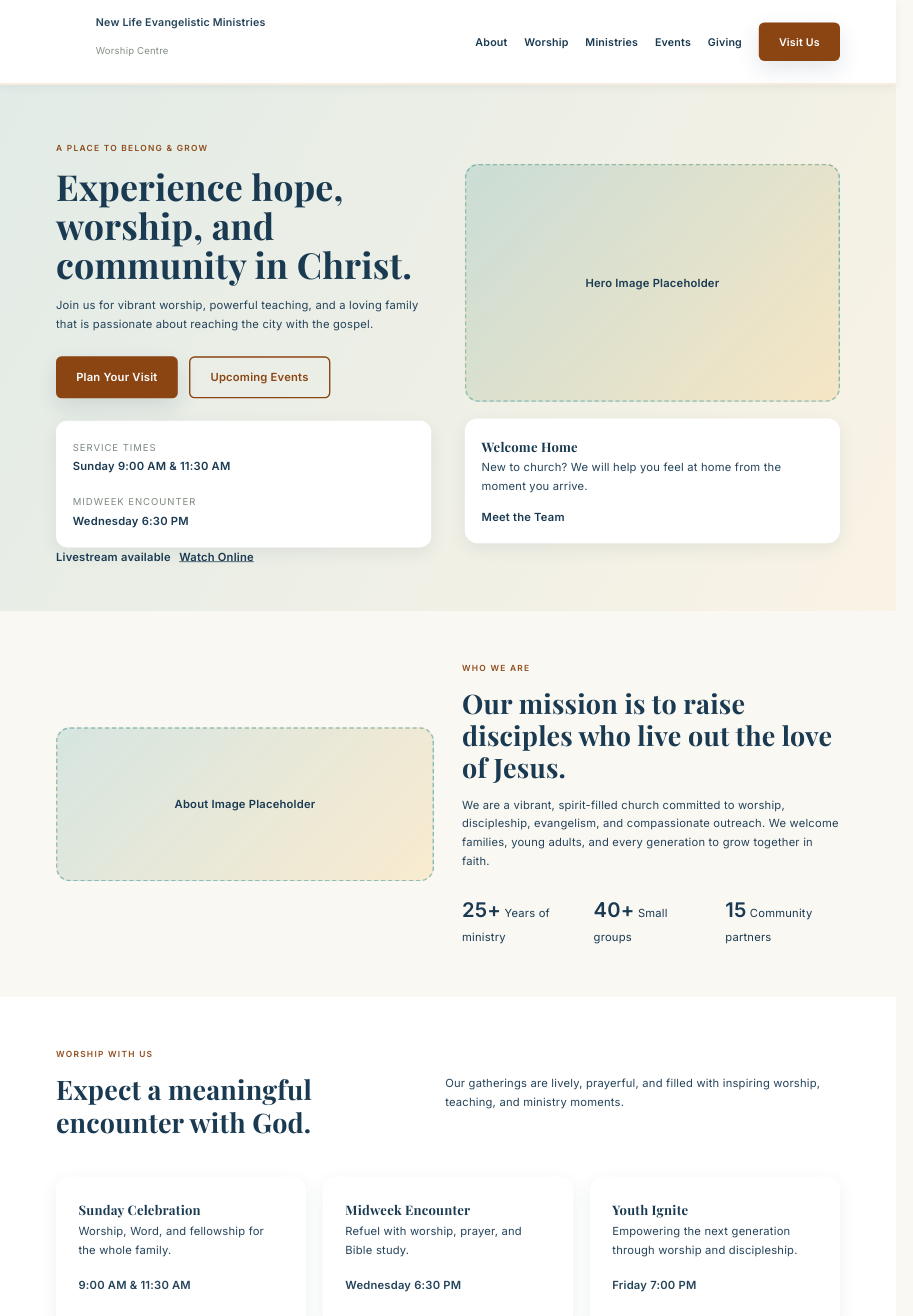
Repository: bilaal441/church
Page: index.htm
The author's editor kept a copy of each file at every save. The page is drawn from the files as they stood at one save, then again after the next save.
The browser window is 1280 px wide. The page is 1304 px wide, so the pictures cover 1304 px, including what lies to the right of the window. The pictures show the part of the page from y = 0 to 1880 px (the page is 5620 px tall), at 70% of full size.

Above is the page before, as saved 2026-01-19 22:09:43.

### index.htm
<!doctype html>
<html lang="en">
  <head>
    <meta charset="UTF-8" />
    <meta name="viewport" content="width=device-width, initial-scale=1.0" />
    <title>New Life Evangelistic Ministries Worship Centre</title>
    <meta
      name="description"
      content="A welcoming, Spirit-filled church family in Springfield. Join us for worship, discipleship, and community outreach."
    />
    <link rel="stylesheet" href="style.css" />
    <link rel="preconnect" href="https://fonts.googleapis.com" />
    <link rel="preconnect" href="https://fonts.gstatic.com" crossorigin />
    <link
      href="https://fonts.googleapis.com/css2?family=Playfair+Display:wght@400;600;700&family=Inter:wght@400;500;600&display=swap"
      rel="stylesheet"
    />
  </head>
  <body>
    <a class="skip-link" href="#main">Skip to main content</a>
    <header class="site-header">
      <div class="container header-content">
        <div class="logo">
          <span class="logo-mark">NLE</span>
          <div>
            <p class="logo-title">New Life Evangelistic Ministries</p>
            <p class="logo-subtitle">Worship Centre</p>
          </div>
        </div>
        <button
          class="nav-toggle"
          aria-expanded="false"
          aria-controls="site-nav"
        >
          <span></span>
          <span></span>
          <span></span>
        </button>
        <nav id="site-nav" class="site-nav">
          <a href="#about">About</a>
          <a href="#worship">Worship</a>
          <a href="#ministries">Ministries</a>
          <a href="#events">Events</a>
          <a href="#giving">Giving</a>
          <a href="#contact" class="button">Visit Us</a>
        </nav>
      </div>
    </header>

    <main id="main">
      <section class="hero">
        <div class="container hero-grid">
          <div class="hero-text">
            <p class="eyebrow">A Place to Belong &amp; Grow</p>
            <h1>Experience hope, worship, and community in Christ.</h1>
            <p>
              Join us for vibrant worship, powerful teaching, and a loving
              family that is passionate about reaching the city with the gospel.
            </p>
            <div class="hero-actions">
              <a class="button" href="#worship">Plan Your Visit</a>
              <a class="button button-outline" href="#events"
                >Upcoming Events</a
              >
            </div>
            <div class="hero-details">
              <div>
                <span>Service Times</span>
                <strong>Sunday 9:00 AM &amp; 11:30 AM</strong>
              </div>
              <div>
                <span>Midweek Encounter</span>
                <strong>Wednesday 6:30 PM</strong>
              </div>
            </div>
            <div class="hero-note">
              <span>Livestream available</span>
              <a href="#contact">Watch Online</a>
            </div>
          </div>
          <div class="hero-visual">
            <div class="image-placeholder large">Hero Image Placeholder</div>
            <div class="hero-card">
              <h3>Welcome Home</h3>
              <p>
                New to church? We will help you feel at home from the moment you
                arrive.
              </p>
              <a href="#contact">Meet the Team</a>
            </div>
          </div>
        </div>
      </section>

      <section id="about" class="section">
        <div class="container split">
          <div class="image-placeholder">About Image Placeholder</div>
          <div>
            <p class="eyebrow">Who We Are</p>
            <h2>
              Our mission is to raise disciples who live out the love of Jesus.
            </h2>
            <p>
              We are a vibrant, spirit-filled church committed to worship,
              discipleship, evangelism, and compassionate outreach. We welcome
              families, young adults, and every generation to grow together in
              faith.
            </p>
            <div class="stats">
              <div>
                <strong>25+</strong>
                <span>Years of ministry</span>
              </div>
              <div>
                <strong>40+</strong>
                <span>Small groups</span>
              </div>
              <div>
                <strong>15</strong>
                <span>Community partners</span>
              </div>
            </div>
          </div>
        </div>
      </section>

      <section id="worship" class="section section-alt">
        <div class="container">
          <div class="section-header">
            <div>
              <p class="eyebrow">Worship With Us</p>
              <h2>Expect a meaningful encounter with God.</h2>
            </div>
            <p>
              Our gatherings are lively, prayerful, and filled with inspiring
              worship, teaching, and ministry moments.
            </p>
          </div>
          <div class="cards">
            <article class="card">
              <h3>Sunday Celebration</h3>
              <p>Worship, Word, and fellowship for the whole family.</p>
              <p class="card-meta">9:00 AM &amp; 11:30 AM</p>
            </article>
            <article class="card">
              <h3>Midweek Encounter</h3>
              <p>Refuel with worship, prayer, and Bible study.</p>
              <p class="card-meta">Wednesday 6:30 PM</p>
            </article>
            <article class="card">
              <h3>Youth Ignite</h3>
              <p>
                Empowering the next generation through worship and discipleship.
              </p>
              <p class="card-meta">Friday 7:00 PM</p>
            </article>
          </div>
          <div class="worship-highlight">
            <div>
              <h3>What to Expect</h3>
              <p>
                Friendly hosts, engaging worship, a clear message, and spaces
                for kids and youth to connect safely.
              </p>
            </div>
            <div>
              <h3>Parking &amp; Accessibility</h3>
              <p>
                Guest parking is available at the main entrance. Our building is
                fully accessible with ramps and elevators.
              </p>
            </div>
          </div>
        </div>
      </section>

      <section id="ministries" class="section">
        <div class="container">
          <div class="section-header">
            <div>
              <p class="eyebrow">Ministries</p>
              <h2>Every generation has a place to serve and grow.</h2>
            </div>
            <a class="button button-outline" href="#contact">Get Connected</a>
          </div>
          <div class="ministry-grid">
            <div class="ministry-card">
              <div class="image-placeholder">Kids Ministry</div>
              <h3>Kids Life</h3>
              <p>Fun, safe, and faith-building experiences for children.</p>
            </div>
            <div class="ministry-card">
              <div class="image-placeholder">Youth Ministry</div>
              <h3>NextGen</h3>
              <p>Mentoring and empowering teens to lead with conviction.</p>
            </div>
            <div class="ministry-card">
              <div class="image-placeholder">Women Ministry</div>
              <h3>Women of Grace</h3>
              <p>Gathering women to worship, serve, and build community.</p>
            </div>
            <div class="ministry-card">
              <div class="image-placeholder">Men Ministry</div>
              <h3>Men of Valor</h3>
              <p>Equipping men to live out their faith with courage.</p>
            </div>
            <div class="ministry-card">
              <div class="image-placeholder">Music Ministry</div>
              <h3>Creative Arts</h3>
              <p>
                Worship, media, and production teams creating meaningful
                moments.
              </p>
            </div>
            <div class="ministry-card">
              <div class="image-placeholder">Care Ministry</div>
              <h3>Care &amp; Outreach</h3>
              <p>
                Supporting families, counseling, and community care initiatives.
              </p>
            </div>
          </div>
        </div>
      </section>

      <section id="events" class="section section-alt">
        <div class="container">
          <div class="section-header">
            <div>
              <p class="eyebrow">Upcoming Events</p>
              <h2>There is always something happening at New Life.</h2>
            </div>
            <a class="button" href="#giving">Support the Mission</a>
          </div>
          <div class="event-list">
            <article>
              <span class="event-date">Mar 21</span>
              <div>
                <h3>Citywide Prayer Night</h3>
                <p>
                  Join churches across the city for a night of prayer and
                  worship.
                </p>
              </div>
              <a href="#contact">Learn More</a>
            </article>
            <article>
              <span class="event-date">Apr 05</span>
              <div>
                <h3>Community Outreach Day</h3>
                <p>Serve families with meals, clothing, and encouragement.</p>
              </div>
              <a href="#contact">Serve With Us</a>
            </article>
            <article>
              <span class="event-date">Apr 19</span>
              <div>
                <h3>Resurrection Celebration</h3>
                <p>
                  A joyful service with worship, testimonies, and family
                  activities.
                </p>
              </div>
              <a href="#contact">Plan Your Visit</a>
            </article>
          </div>
        </div>
      </section>

      <section id="giving" class="section">
        <div class="container giving">
          <div>
            <p class="eyebrow">Giving</p>
            <h2>Your generosity fuels life-changing ministry.</h2>
            <p>
              Every gift helps us reach more people with the gospel, support
              families in need, and raise leaders for the future.
            </p>
            <div class="giving-actions">
              <a class="button" href="#contact">Give Online</a>
              <a class="button button-outline" href="#contact">Volunteer</a>
            </div>
            <div class="giving-note">
              <strong>Need assistance?</strong>
              <span
                >We can help with giving, prayer requests, or support
                resources.</span
              >
            </div>
          </div>
          <div class="image-placeholder">Giving Image Placeholder</div>
        </div>
      </section>

      <section id="contact" class="section section-alt">
        <div class="container contact">
          <div>
            <p class="eyebrow">Visit Us</p>
            <h2>We would love to meet you this Sunday.</h2>
            <p>
              125 Hope Street, Springfield, ST 12345<br />
              (555) 123-4567 · hello@nlewc.org
            </p>
            <div class="contact-details">
              <div>
                <strong>Office Hours</strong>
                <span>Mon - Fri, 9 AM - 4 PM</span>
              </div>
              <div>
                <strong>Prayer Line</strong>
                <span>Available 24/7</span>
              </div>
              <div>
                <strong>Follow Us</strong>
                <span>Instagram · Facebook · YouTube</span>
              </div>
            </div>
          </div>
          <form class="contact-form">
            <h3>Plan a Visit</h3>
            <label>
              Full Name
              <input type="text" placeholder="Your name" />
            </label>
            <label>
              Email Address
              <input type="email" placeholder="you@example.com" />
            </label>
            <label>
              Message
              <textarea
                rows="4"
                placeholder="Tell us how we can help."
              ></textarea>
            </label>
            <button type="submit" class="button">Send Message</button>
          </form>
        </div>
      </section>
    </main>

    <footer class="site-footer">
      <div class="container footer-grid">
        <div>
          <div class="logo">
            <span class="logo-mark">NLE</span>
            <div>
              <p class="logo-title">New Life Evangelistic Ministries</p>
              <p class="logo-subtitle">Worship Centre</p>
            </div>
          </div>
          <p>
            Building lives, families, and communities through the love of Jesus.
          </p>
        </div>
        <div>
          <h4>Connect</h4>
          <ul>
            <li><a href="#about">About</a></li>
            <li><a href="#worship">Worship</a></li>
            <li><a href="#ministries">Ministries</a></li>
            <li><a href="#events">Events</a></li>
          </ul>
        </div>
        <div>
          <h4>Visit</h4>
          <ul>
            <li>125 Hope Street</li>
            <li>Springfield, ST 12345</li>
            <li>(555) 123-4567</li>
            <li>hello@nlewc.org</li>
          </ul>
        </div>
        <div>
          <h4>Stay Updated</h4>
          <p>Subscribe for prayer points and community updates.</p>
          <div class="subscribe">
            <input type="email" placeholder="Email address" />
            <button class="button">Subscribe</button>
          </div>
        </div>
      </div>
      <div class="footer-bottom">
        <p>
          © 2024 New Life Evangelistic Ministries Worship Centre. All rights
          reserved.
        </p>
      </div>
    </footer>

    <script src="script.js"></script>
  </body>
</html>

### style.css
:root {
  --navy: #1a3a52;
  --gold: #d4a574;
  --burgundy: #8b4513;
  --cream: #faf8f3;
  --sage: #6b8e7f;
  --muted: #7d8a7f;
  --white: #ffffff;
  --light-gold: #f5e6d3;
  --shadow: 0 8px 24px rgba(26, 58, 82, 0.08);
  --shadow-lg: 0 12px 32px rgba(26, 58, 82, 0.12);
}

* {
  box-sizing: border-box;
  margin: 0;
  padding: 0;
}

body {
  font-family: "Inter", sans-serif;
  background-color: var(--cream);
  color: var(--navy);
  line-height: 1.7;
  letter-spacing: 0.3px;
}

img {
  max-width: 100%;
  display: block;
}

a {
  color: inherit;
  text-decoration: none;
}

.skip-link {
  position: absolute;
  left: -999px;
  top: 16px;
  background: var(--navy);
  color: var(--white);
  padding: 0.6rem 1.2rem;
  border-radius: 999px;
  z-index: 50;
}

.skip-link:focus {
  left: 16px;
}

.container {
  width: min(1120px, 90%);
  margin: 0 auto;
}

.eyebrow {
  text-transform: uppercase;
  letter-spacing: 0.15em;
  font-size: 0.75rem;
  color: var(--burgundy);
  font-weight: 700;
  margin-bottom: 1rem;
}

h1,
h2,
h3,
h4 {
  font-family: "Playfair Display", serif;
  color: var(--navy);
}

h1 {
  font-size: clamp(2.5rem, 4vw, 3.5rem);
  line-height: 1.1;
  margin-bottom: 1rem;
}

h2 {
  font-size: clamp(2rem, 3vw, 2.8rem);
  line-height: 1.2;
  margin-bottom: 1rem;
}

p {
  margin-bottom: 1rem;
  color: var(--navy);
  opacity: 0.95;
}

.button {
  display: inline-flex;
  align-items: center;
  justify-content: center;
  padding: 0.9rem 1.8rem;
  border-radius: 8px;
  background: var(--burgundy);
  color: var(--white);
  font-weight: 600;
  transition:
    transform 0.2s ease,
    box-shadow 0.2s ease,
    background 0.2s ease;
  box-shadow: var(--shadow-lg);
}

.button:hover {
  transform: translateY(-2px);
  background: #6d3410;
  box-shadow: var(--shadow-lg);
}

.button-outline {
  background: transparent;
  color: var(--burgundy);
  border: 2px solid var(--burgundy);
  box-shadow: none;
}

.site-header {
  background: var(--white);
  position: sticky;
  top: 0;
  z-index: 20;
  box-shadow: 0 4px 12px rgba(26, 58, 82, 0.05);
  border-bottom: 2px solid var(--light-gold);
}

.header-content {
  display: flex;
  align-items: center;
  justify-content: space-between;
  padding: 1.2rem 0;
  gap: 2rem;
}

.logo {
  display: flex;
  align-items: center;
  gap: 0.8rem;
}

.logo-mark {
  width: 44px;
  height: 44px;
  border-radius: 12px;
  background: var(--teal);
  color: var(--white);
  font-weight: 700;
  display: grid;
  place-items: center;
}

.logo-title {
  font-weight: 700;
  font-size: 0.95rem;
}

.logo-subtitle {
  font-size: 0.85rem;
  color: var(--muted);
}

.site-nav {
  display: flex;
  align-items: center;
  gap: 1.5rem;
}

.site-nav a {
  font-weight: 600;
  font-size: 0.95rem;
}

.nav-toggle {
  display: none;
  flex-direction: column;
  gap: 6px;
  background: none;
  border: none;
  cursor: pointer;
}

.nav-toggle span {
  width: 24px;
  height: 2px;
  background: var(--navy);
}

.hero {
  padding: 5rem 0 4rem;
  background: linear-gradient(
    120deg,
    rgba(15, 123, 123, 0.1),
    rgba(244, 185, 66, 0.08)
  );
}

.hero-grid {
  display: grid;
  gap: 3rem;
  align-items: center;
}

.hero-actions {
  display: flex;
  flex-wrap: wrap;
  gap: 1rem;
  margin: 2rem 0;
}

.hero-details {
  display: grid;
  gap: 1.5rem;
  background: var(--white);
  padding: 1.5rem;
  border-radius: 16px;
  box-shadow: var(--shadow);
}

.hero-details span {
  font-size: 0.85rem;
  color: var(--muted);
  text-transform: uppercase;
  letter-spacing: 0.1em;
}

.hero-details strong {
  display: block;
  font-size: 1rem;
}

.hero-note {
  display: flex;
  align-items: center;
  gap: 0.75rem;
  font-weight: 600;
  color: var(--teal);
}

.hero-note a {
  color: var(--navy);
  text-decoration: underline;
}

.hero-visual {
  display: grid;
  gap: 1.5rem;
  position: relative;
}

.hero-card {
  background: var(--white);
  padding: 1.5rem;
  border-radius: 18px;
  box-shadow: var(--shadow);
}

.hero-card a {
  color: var(--teal);
  font-weight: 600;
}

.section {
  padding: 4.5rem 0;
}

.section-alt {
  background: var(--white);
}

.section-header {
  display: flex;
  align-items: center;
  justify-content: space-between;
  gap: 2rem;
  margin-bottom: 2.5rem;
}

.split {
  display: grid;
  gap: 2.5rem;
  align-items: center;
}

.stats {
  display: grid;
  grid-template-columns: repeat(auto-fit, minmax(140px, 1fr));
  gap: 1.5rem;
  margin-top: 2rem;
}

.stats strong {
  font-size: 1.8rem;
  color: var(--teal);
}

.cards {
  display: grid;
  grid-template-columns: repeat(auto-fit, minmax(240px, 1fr));
  gap: 1.5rem;
}

.card {
  background: var(--white);
  padding: 2rem;
  border-radius: 20px;
  box-shadow: var(--shadow);
}

.card-meta {
  color: var(--teal);
  font-weight: 600;
  margin-top: 1.5rem;
}

.worship-highlight {
  margin-top: 2.5rem;
  display: grid;
  grid-template-columns: repeat(auto-fit, minmax(240px, 1fr));
  gap: 1.5rem;
}

.worship-highlight div {
  background: rgba(15, 123, 123, 0.08);
  padding: 1.5rem;
  border-radius: 18px;
}

.ministry-grid {
  display: grid;
  grid-template-columns: repeat(auto-fit, minmax(220px, 1fr));
  gap: 1.5rem;
}

.ministry-card {
  background: var(--white);
  padding: 1.5rem;
  border-radius: 20px;
  box-shadow: var(--shadow);
  display: grid;
  gap: 1rem;
}

.event-list {
  display: grid;
  gap: 1.5rem;
}

.event-list article {
  display: grid;
  grid-template-columns: auto 1fr auto;
  gap: 1.5rem;
  background: var(--white);
  padding: 1.5rem 2rem;
  border-radius: 18px;
  align-items: center;
  box-shadow: var(--shadow);
}

.event-date {
  background: var(--teal);
  color: var(--white);
  padding: 0.7rem 1rem;
  border-radius: 12px;
  font-weight: 700;
}

.giving {
  display: grid;
  gap: 2.5rem;
  align-items: center;
}

.giving-actions {
  display: flex;
  gap: 1rem;
  flex-wrap: wrap;
}

.giving-note {
  margin-top: 1.5rem;
  background: rgba(15, 123, 123, 0.08);
  padding: 1rem 1.25rem;
  border-radius: 16px;
  display: grid;
  gap: 0.3rem;
}

.giving-note strong {
  color: var(--navy);
}

.contact {
  display: grid;
  gap: 2.5rem;
  align-items: start;
}

.contact-form {
  background: var(--white);
  padding: 2rem;
  border-radius: 20px;
  box-shadow: var(--shadow);
  display: grid;
  gap: 1rem;
}

.contact-form label {
  display: grid;
  gap: 0.5rem;
  font-weight: 600;
}

input,
textarea {
  padding: 0.7rem 1rem;
  border-radius: 12px;
  border: 1px solid #e5e7eb;
  font-family: inherit;
}

.site-footer {
  background: var(--navy);
  color: var(--white);
  padding: 4rem 0 1.5rem;
}

.site-footer h4 {
  color: var(--white);
  margin-bottom: 1rem;
}

.site-footer p,
.site-footer a,
.site-footer li {
  color: rgba(255, 255, 255, 0.8);
}

.footer-grid {
  display: grid;
  grid-template-columns: repeat(auto-fit, minmax(200px, 1fr));
  gap: 2rem;
}

.footer-grid ul {
  list-style: none;
  display: grid;
  gap: 0.6rem;
}

.subscribe {
  display: flex;
  gap: 0.5rem;
  margin-top: 1rem;
}

.footer-bottom {
  margin-top: 2rem;
  border-top: 1px solid rgba(255, 255, 255, 0.2);
  text-align: center;
  padding-top: 1.5rem;
  font-size: 0.85rem;
}

.image-placeholder {
  background: linear-gradient(
    135deg,
    rgba(15, 123, 123, 0.15),
    rgba(244, 185, 66, 0.2)
  );
  border: 2px dashed rgba(15, 123, 123, 0.4);
  border-radius: 20px;
  min-height: 220px;
  display: grid;
  place-items: center;
  text-align: center;
  padding: 1.5rem;
  color: var(--teal);
  font-weight: 600;
}

.image-placeholder.large {
  min-height: 340px;
}

@media (min-width: 900px) {
  .hero-grid {
    grid-template-columns: repeat(2, 1fr);
  }

  .split,
  .giving,
  .contact {
    grid-template-columns: repeat(2, 1fr);
  }
}

@media (max-width: 900px) {
  .section-header {
    flex-direction: column;
    align-items: flex-start;
  }

  .event-list article {
    grid-template-columns: 1fr;
  }
}

@media (max-width: 768px) {
  .site-nav {
    position: absolute;
    top: 100%;
    right: 0;
    background: var(--white);
    flex-direction: column;
    padding: 1.5rem;
    gap: 1rem;
    width: min(90vw, 280px);
    transform: translateY(-10px);
    opacity: 0;
    pointer-events: none;
    box-shadow: var(--shadow);
    border-radius: 16px;
  }

  .site-nav.open {
    opacity: 1;
    transform: translateY(0);
    pointer-events: auto;
  }

  .nav-toggle {
    display: flex;
  }

  .header-content {
    position: relative;
  }
}

@media (max-width: 600px) {
  .hero-details {
    padding: 1rem;
  }

  .hero-note {
    flex-direction: column;
    align-items: flex-start;
  }

  .subscribe {
    flex-direction: column;
    align-items: stretch;
  }
}

### script.js
const navToggle = document.querySelector(".nav-toggle");
const siteNav = document.querySelector(".site-nav");

if (navToggle && siteNav) {
  navToggle.addEventListener("click", () => {
    const isOpen = siteNav.classList.toggle("open");
    navToggle.setAttribute("aria-expanded", String(isOpen));
  });

  siteNav.querySelectorAll("a").forEach((link) => {
    link.addEventListener("click", () => {
      if (siteNav.classList.contains("open")) {
        siteNav.classList.remove("open");
        navToggle.setAttribute("aria-expanded", "false");
      }
    });
  });
}

After the next save:
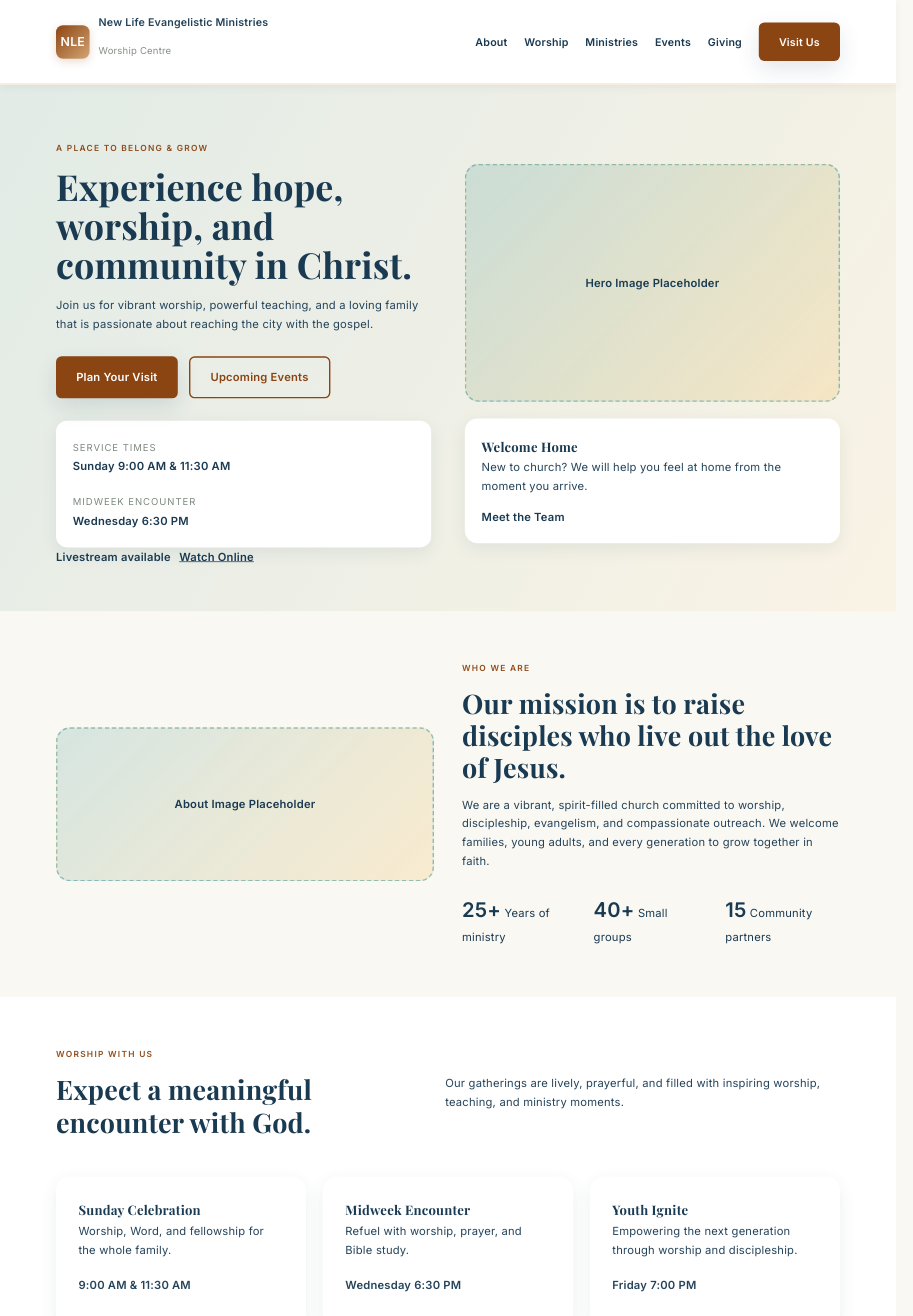
Saved 4 s later.
--- a/style.css
+++ b/style.css
@@ -143,14 +143,16 @@
 }
 
 .logo-mark {
-  width: 44px;
-  height: 44px;
-  border-radius: 12px;
-  background: var(--teal);
+  width: 48px;
+  height: 48px;
+  border-radius: 10px;
+  background: linear-gradient(135deg, var(--burgundy), var(--gold));
   color: var(--white);
   font-weight: 700;
   display: grid;
   place-items: center;
+  font-size: 1.1rem;
+  box-shadow: 0 4px 12px rgba(139, 69, 19, 0.2);
 }
 
 .logo-title {
